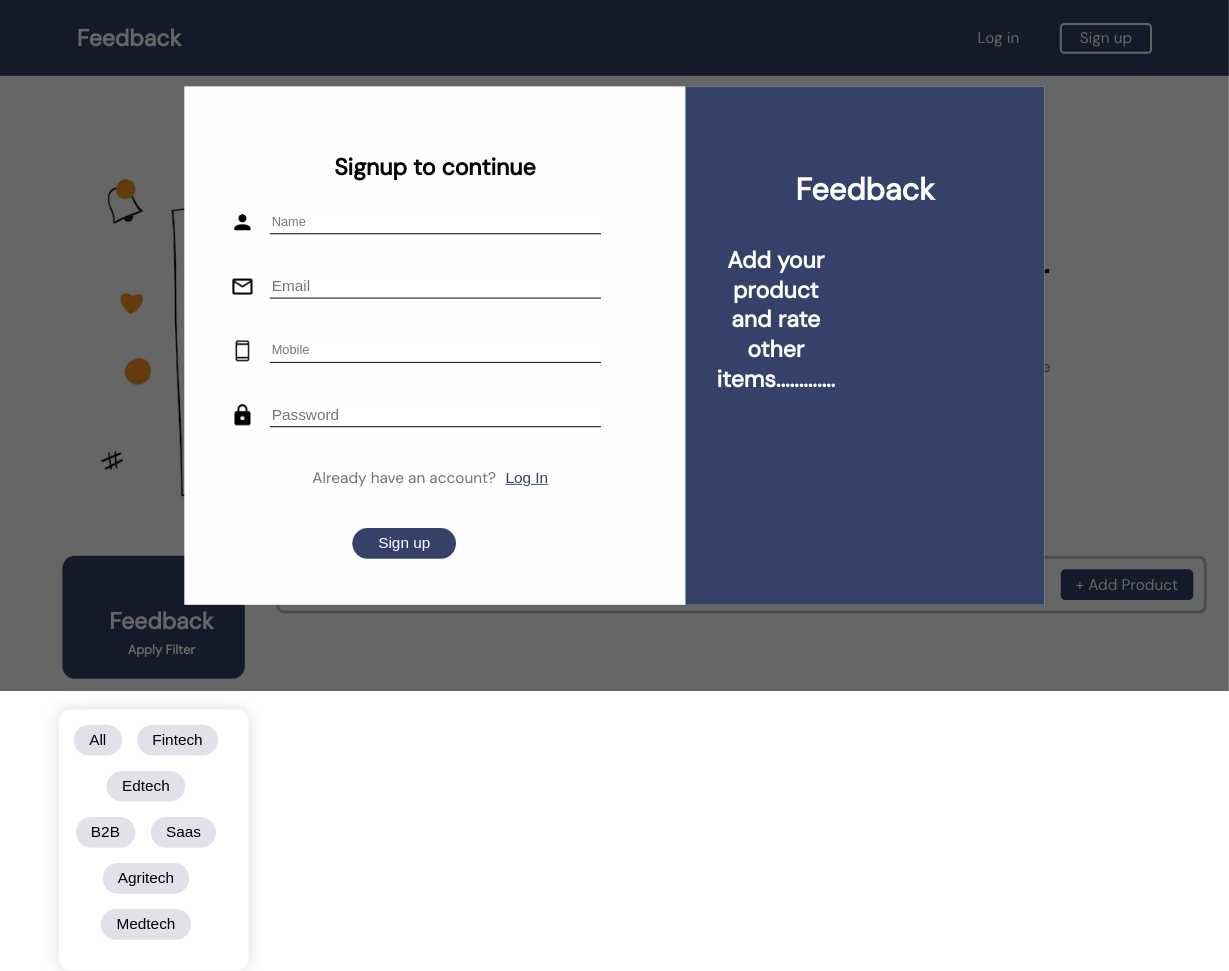
Repository: drumsmanku/final-evaluation-test
Page: / (app in client/), after clicking the first element matching `button.btn-main-page-register`
An editor plug-in stored every save of this project. The page is shown before and after the next save, followed by the edit.
The browser window is 1280 px wide. The pictures show the whole page, at 96% of full size.
The page's requests for data from a server got no answer. The project was rebuilt for these pictures with package versions that can differ from the ones it lists, and the page was loaded fresh each time. No one was signed in, and anything a server would have sent is missing. Also part of the build but not shown: client/src/Components/LoginPopUp.js, client/src/Components/AddProductPopUp.js, client/src/Components/SignUp.js, client/src/Components/Login.js.

Above is the page before, as saved 2023-07-30 15:05:15.

### client/src/App.js
import './App.css';
import { BrowserRouter as Router, Route, Routes} from 'react-router-dom';
import MainPage from './Components/MainPage';
import SignUp from './Components/SignUp';
import Login from './Components/Login';
function App() {
  const timestamp = new Date().getTime();
  return (
    <div className="App">
      <Router>
        <Routes>
          <Route path='/' element={<MainPage key={timestamp}/>}/>
          <Route path='/signup' element={<SignUp/>}/>
          <Route path='/login' element={<Login/>}/>
        </Routes>
      </Router>
    </div>
  );
}

export default App;

### client/src/CSS/MainPage.css
@import url('https://fonts.googleapis.com/css2?family=DM+Sans&display=swap');

body{
  font-family: 'DM Sans';
}
.main-container{
  height: 100vh;
  width: 100vw;
  display: flex;
  flex-direction: column;

}
.main-top-container{
  width: 100%;
}
.btn-main-page-login{
  height: 2rem;
  width: 6rem;
  font-weight: 500;
  font-size: medium ;
  background: none;
  border: none;
  border-radius: 0.3rem;
  margin-left: 1rem;
  margin-bottom:0;
  color: white;
  font-family: 'DM Sans';
  cursor: pointer;
}
.btn-main-page-register{
  height: 2rem;
  width: 6rem;
  font-size: medium;
  font-weight: 500;
  background-color: #36416A;
  border: 2px solid white;
  border-radius: 0.3rem;
  margin-left: 1rem;
  margin-bottom:0;
  color: white;
  font-family: 'DM Sans';
  cursor: pointer;
}
.navbar{
  width: 100%;
  background-color: #36416A;
}
.title-desc{
  width: 100%;
  display: flex;
  align-items: center;
  justify-content: space-around;

}
.bottom-left{
  width: 20%;
  display: flex;
  flex-direction: column;
  align-items: center;
  margin-left: 2rem;

}
.bottom-right{
  width: 75%;
}
.main-bottom-container{
  width:100%;
  display: flex;
}
.bottom-top-right{
  width: 98%;
  display: flex;
  justify-content: space-between;
  border: 3px solid #36416A59;
  padding: 0.7rem;
  border-radius: 0.5rem;

}
.add-product-button{
  height: 2rem;
  font-size: medium;
  font-weight: 500;
  background-color: #36416A;
  border:none;
  border-radius: 0.3rem;
  margin-left: 1rem;
  margin-bottom:0;
  color: white;
  font-family: 'DM Sans';
  cursor: pointer;
  padding-left: 1em;
  padding-right: 1em;
}
.product-cards{
  width: 100%;
  display: flex;
  padding-top: 2rem;
  flex-direction: column;
}
.card-main-info{
  width: 100%;
  display: flex;
  flex-direction: column;
}
.comments-button{
  color: #ABABAB;
  border: none;
  outline: none;
  background: none;
  font-size: small;
  letter-spacing: 0.1rem;
  display:flex;
  align-items: center;
  cursor: pointer;
}
.upvotes{
  width: 10%;
  background-color: brown;
  display: flex;
  flex-direction: column;
  align-items: center;
}

### client/src/Components/SignupPopUp.js
import React, {useState, useEffect} from 'react';
import { useNavigate } from 'react-router-dom';
import axios from 'axios';
import name from '../Assets/name.png'
import mobile from '../Assets/mobile.png'
import email from '../Assets/email.png'
import password from '../Assets/password.png';
import '../CSS/SignupPopUp.css'

function SignupPopUp({closeModal, showSignupModal}) {

  const navigate=useNavigate();
  const handleClickOutside = (event) => {
    event.stopPropagation();
    closeModal();
  };

  const handleClickInside = (event) => {
    event.stopPropagation();
  };
  const [user, setUser] = useState({
    name: '',
    email: '',
    mobile: '',
    password: ''
  });
  const handleChange = e => {
    setUser({
      ...user,
      [e.target.name]: e.target.value
    });
  };
  const signup = (event) => {
    event.preventDefault();
    axios.post('http://localhost:4000/signup', user)
      .then(res => {
        localStorage.setItem('token', res.data.jwtToken);
        localStorage.setItem('user', res.data.name);
        const tokenData=localStorage.getItem('token')
        if(tokenData!=='undefined') {
          navigate('/');
          window.location.reload()
        }

      })
      .catch(err => console.log(err));
  };

  return (
    <div className="signup-popup-container">
      <header className="signup-popup-header">

        {showSignupModal && (
          <div className="modal-signup" style={{ display: 'flex', justifyContent: 'center', alignItems: 'center', height: '100vh' }} onClick={handleClickOutside}>
            <div className="modal-content" onClick={handleClickInside}>

              <div className="modal-body">
              <form className='modal-body-left'>
              <h2>Signup to continue</h2>
                <div style={{display:'flex', width:'100%', marginBottom:'2rem'}}>
                  <img src={name} height={25} alt="" />
                  <input type="text" name="name" value={user.name} onChange={handleChange} placeholder="Name"/>
                </div>

                <div style={{display:'flex', width:'100%', marginBottom:'2rem'}}>
                  <img src={email} height={25} alt="" />
                  <input type="email" name="email" value={user.email} onChange={handleChange} placeholder="Email"/>
                </div>

                <div style={{display:'flex', width:'100%', marginBottom:'2rem'}}>
                  <img src={mobile} height={25} alt="" />
                  <input type="text" name="mobile" value={user.mobile} onChange={handleChange} placeholder="Mobile" />
                </div>

                <div style={{display:'flex', width:'100%', marginBottom:'2rem'}}>
                  <img src={password} height={25} alt="" />
                  <input type="password" name="password" value={user.password} onChange={handleChange} placeholder="Password" />
                </div>

                <span style={{color:'#737373'}}>Already have an account?<button style={{background:'none', color:'#36416A', fontSize:'medium', marginLeft:0, padding:0, width:'4rem', cursor:'pointer', border:'none', textDecoration:'underline'}} onClick={()=>{navigate('/login')}}>Log In</button></span>

                <div style={{width:'85%', }}>
                  <button className='signup-button' type="submit" style={{ cursor:'pointer'}} onClick={signup}>Sign up</button>
                </div>

              </form>
                <div className="modal-body-right">
                  <h1 style={{fontSize:'xx-large'}}>Feedback</h1>
                  <h1 style={{fontSize:'x-large', width:'40%'}}>Add your product and rate other items.............</h1>
                </div>
              </div>
            </div>
          </div>
        )}
      </header>
    </div>
  )
}

export default SignupPopUp

### client/src/CSS/SignUp.css

.signup-container{
  width: 100vw;
  height: 100vh;
  display: flex;
  flex-direction: column;
  justify-content: center;
  align-items: center;
  background-color: #36416A;
}
.headings{
  color: white;
  margin-bottom: 2rem;
}
.signup-container form{
  width: 50%;
  display: flex;
  flex-direction: column;
  background-color: white;
  padding: 3rem;
  padding-bottom: 1rem;
  box-shadow: 0 0 17px #00000040;
  border-radius: 1.5rem;
}
.signup-container input[type='text'], [type='password'], [type='email']{
  border-bottom: 1px solid black;
  width: 80%;
  margin-left: 1rem;
  border-top: none;
  border-left: none;
  border-right: none;
}
.signup-container input:focus{
  outline: none;
}
.signup-button{
  padding-left: 1.7rem;
  padding-right: 1.7rem;
  color: white;
  height: 2rem;
  font-size: medium;
  border-radius: 1rem;
  border: none;
  background-color: #36416A;
  margin-top: 2rem;
}

### client/src/CSS/Login.css

.login-container{
  width: 100vw;
  height: 100vh;
  display: flex;
  flex-direction: column;
  justify-content: center;
  align-items: center;
  background-color: #36416A;
}
.login-headings{
  color: white;
  margin-bottom: 2rem;
}
.login-container form{
  width: 50%;
  display: flex;
  flex-direction: column;
  background-color: white;
  padding: 3rem;
  padding-bottom: 1rem;
  box-shadow: 0 0 17px #00000040;
  border-radius: 1.5rem;
}
.login-container input[type='text'], [type='password'], [type='email']{
  border-bottom: 1px solid black;
  width: 80%;
  margin-left: 1rem;
  border-top: none;
  border-left: none;
  border-right: none;
}
.login-container input:focus{
  outline: none;
}
.login-button{
  padding-left: 1.7rem;
  padding-right: 1.7rem;
  color: white;
  height: 2rem;
  font-size: medium;
  border-radius: 1rem;
  border: none;
  background-color: #36416A;
  margin-top: 2rem;
}

### client/src/CSS/LoginPopUp.css
.modal-login {
  position: fixed;
  z-index: 1;
  left: 0;
  top: 0;
  width: 100%;
  height: 100%;
  background-color: rbga(0,0,0,0.4);
  background-color: rgb(0,0,0);
  background-color: rgba(0,0,0,0.6);
}

.modal-login-content {
  background-color: #fefefe;
  margin: 15% auto;
  width: 70%;
}


.modal-login-body{
  display: flex;
}
.modal-login-body-left {
  display: flex;
  width: 55%;
  padding: 5rem 3rem 8rem 3rem;
  flex-direction: column;
  gap: 10px;
}
.modal-login-body-right{
  display: flex;
  flex-direction: column;
  width: 40%;
  color: white;
  padding: 4rem 2rem;
  background-color: #36416A;
}

.modal-login-body-left form{
  width: 50%;
  display: flex;
  flex-direction: column;
  background-color: white;


  box-shadow: 0 0 17px #00000040;
  border-radius: 1.5rem;
}
.modal-login-body-left input[type='text'], [type='password'], [type='email']{
  border-bottom: 1px solid black;
  width: 80%;
  margin-left: 1rem;
  border-top: none;
  border-left: none;
  border-right: none;
}
.close {
  color: #aaa;
  float: right;
  font-size: 28px;
  font-weight: bold;
}

.close:hover,
.close:focus {
  color: black;
  text-decoration: none;
  cursor: pointer;
}

### client/src/CSS/SignupPopUp.css
.modal-signup {
  position: fixed;
  z-index: 1;
  left: 0;
  top: 0;
  width: 100%;
  height: 100%;
  background-color: rbga(0,0,0,0.4);
  background-color: rgb(0,0,0);
  background-color: rgba(0,0,0,0.6);
}

.modal-content {
  background-color: #fefefe;
  margin: 15% auto;
  width: 70%;
}


.modal-body{
  display: flex;
}
.modal-body-left {
  display: flex;
  width: 55%;
  padding: 3rem 3rem;
  flex-direction: column;
  gap: 10px;
}
.modal-body-right{
  display: flex;
  flex-direction: column;
  width: 40%;
  color: white;
  padding: 4rem 2rem;
  background-color: #36416A;
}

.modal-body-left form{
  width: 50%;
  display: flex;
  flex-direction: column;
  background-color: white;
  padding: 3rem;
  padding-bottom: 1rem;
  box-shadow: 0 0 17px #00000040;
  border-radius: 1.5rem;
}
.modal-body-left input[type='text'], [type='password'], [type='email']{
  border-bottom: 1px solid black;
  width: 80%;
  margin-left: 1rem;
  border-top: none;
  border-left: none;
  border-right: none;
}
.close {
  color: #aaa;
  float: right;
  font-size: 28px;
  font-weight: bold;
}

.close:hover,
.close:focus {
  color: black;
  text-decoration: none;
  cursor: pointer;
}

### client/src/CSS/AddProductPopUp.css
.modal-add {
  position: fixed;
  z-index: 1;
  left: 0;
  top: 0;
  width: 100%;
  height: 100%;
  background-color: rbga(0,0,0,0.4);
  background-color: rgb(0,0,0);
  background-color: rgba(0,0,0,0.6);
}

.modal-add-content {
  background-color: #fefefe;
  margin: 15% auto;
  width: 70%;
}


.modal-add-body{
  display: flex;
}
.modal-add-body-left {
  display: flex;
  width: 55%;
  padding: 3rem 3rem 6rem 3rem;
  flex-direction: column;
  gap: 10px;
}
.modal-add-body-right{
  display: flex;
  flex-direction: column;
  width: 40%;
  color: white;
  padding: 4rem 2rem;
  background-color: #36416A;
}

.modal-add-body-left form{
  width: 50%;
  display: flex;
  flex-direction: column;
  background-color: white;


  box-shadow: 0 0 17px #00000040;
  border-radius: 1.5rem;
}
.modal-add-body-left input[type='text'], [type='password'], [type='email']{
  border-bottom: 1px solid black;
  width: 80%;
  margin-left: 1rem;
  border-top: none;
  border-left: none;
  border-right: none;
  font-size: medium;
}
.close {
  color: #aaa;
  float: right;
  font-size: 28px;
  font-weight: bold;
}

.close:hover,
.close:focus {
  color: black;
  text-decoration: none;
  cursor: pointer;
}

Loaded but not shown: client/public/index.html (common file); client/src/index.js (common file); client/src/index.css (common file); client/src/App.css (common file); client/src/Components/MainPage.js (189 lines, source omitted)

After the next save:
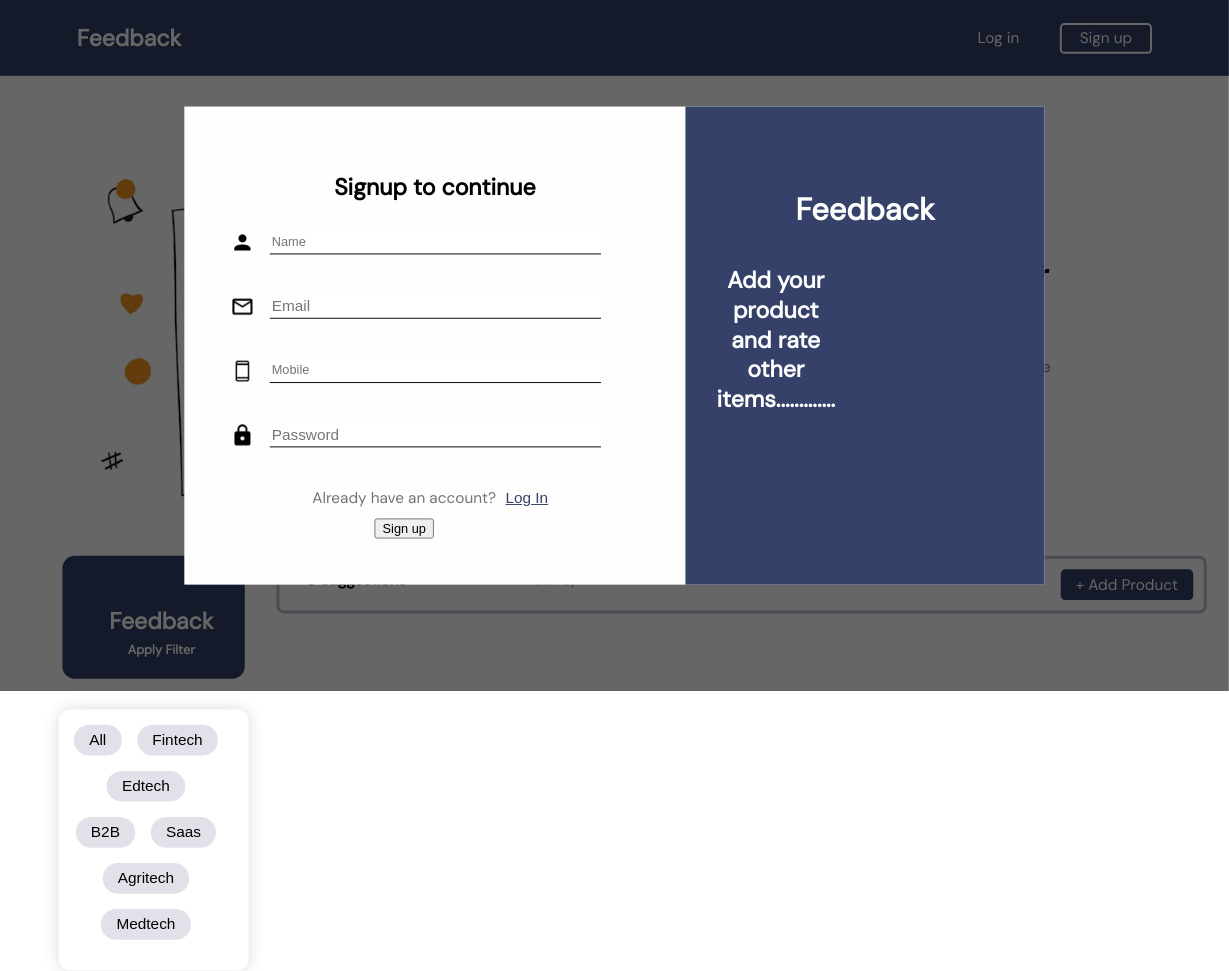
Saved 86 s later.
--- a/client/src/Components/SignupPopUp.js
+++ b/client/src/Components/SignupPopUp.js
@@ -80,7 +80,7 @@ function SignupPopUp({closeModal, showSignupModal}) {
                 <span style={{color:'#737373'}}>Already have an account?<button style={{background:'none', color:'#36416A', fontSize:'medium', marginLeft:0, padding:0, width:'4rem', cursor:'pointer', border:'none', textDecoration:'underline'}} onClick={()=>{navigate('/login')}}>Log In</button></span>
 
                 <div style={{width:'85%', }}>
-                  <button className='signup-button' type="submit" style={{ cursor:'pointer'}} onClick={signup}>Sign up</button>
+                  <button className='signup-popup-button' type="submit" style={{ cursor:'pointer'}} onClick={signup}>Sign up</button>
                 </div>
 
               </form>

After the save that followed:
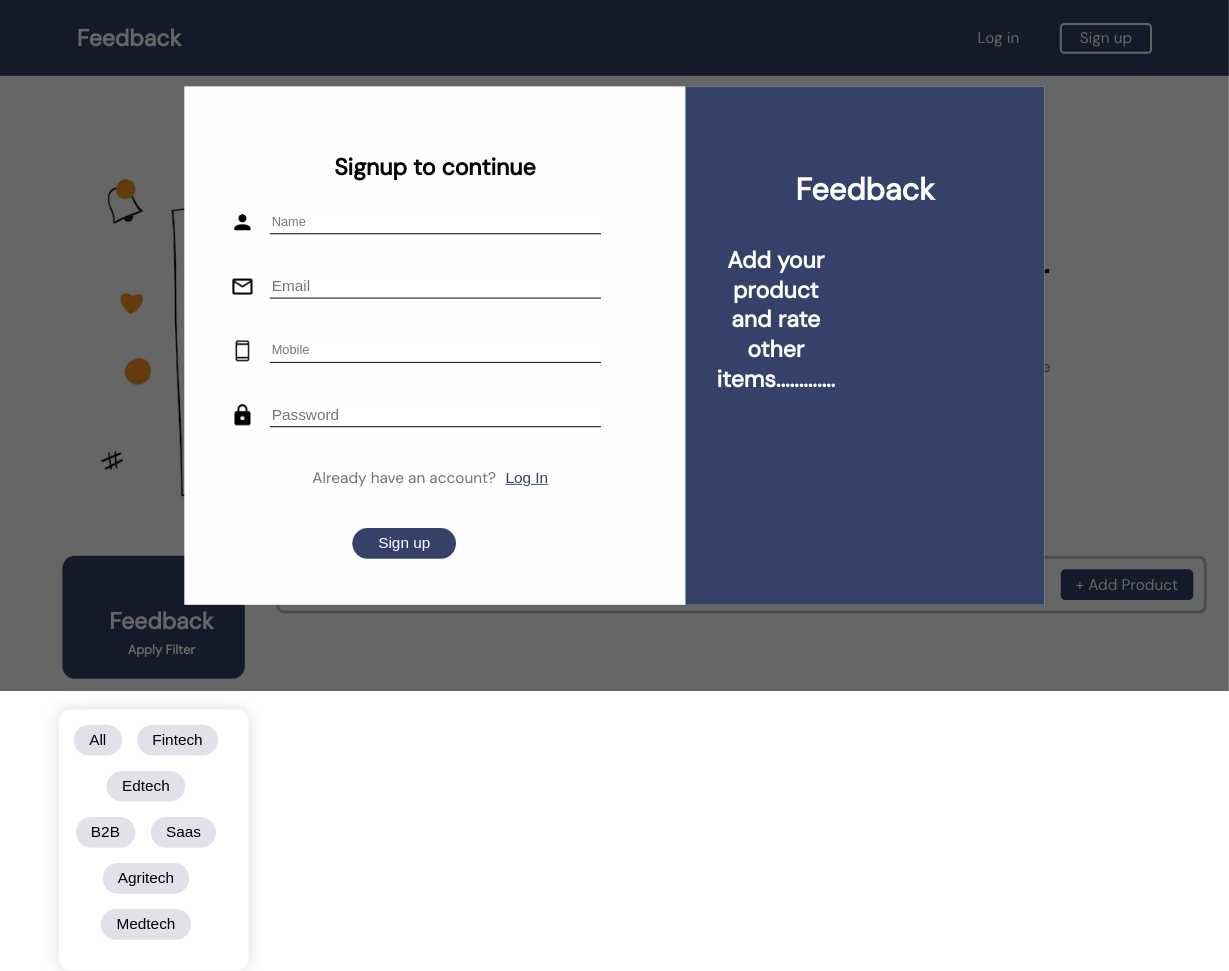
Saved 14 s later.
--- a/client/src/CSS/SignupPopUp.css
+++ b/client/src/CSS/SignupPopUp.css
@@ -67,3 +67,14 @@
   text-decoration: none;
   cursor: pointer;
 }
+.signup-popup-button{
+  padding-left: 1.7rem;
+  padding-right: 1.7rem;
+  color: white;
+  height: 2rem;
+  font-size: medium;
+  border-radius: 1rem;
+  border: none;
+  background-color: #36416A;
+  margin-top: 2rem;
+}
